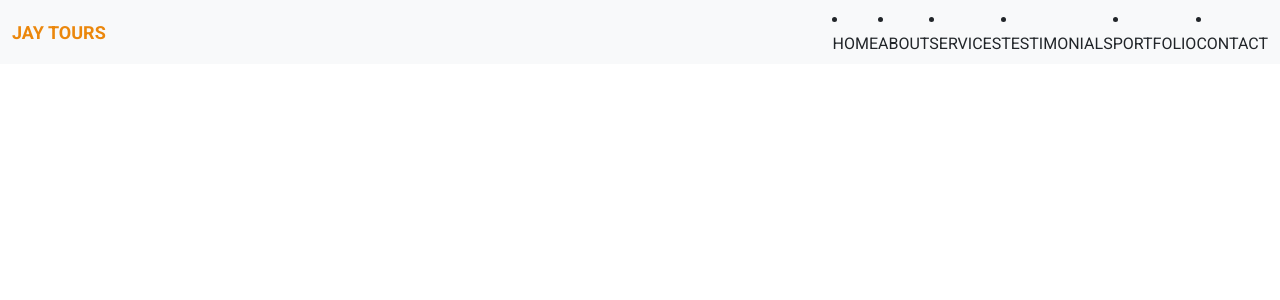
Repository: kasundiudn/Jay-Travel
Page: index.html
These files come from the project's save history. The page is drawn as it stood at one moment and after a run of saves; the edit follows.
The browser window is 1280 px wide. The pictures show the whole page.

Above is the page before, as saved 2025-06-26 09:22:47.

### index.html
<!doctype html>
<html lang="en">
  <head>
     <link rel="stylesheet" href="style.css">
    <meta charset="utf-8">
    <meta name="viewport" content="width=device-width, initial-scale=1">
    <title>Bootstrap demo</title>
    <link rel="preconnect" href="https://fonts.googleapis.com">
    <link rel="preconnect" href="https://fonts.gstatic.com" crossorigin>
    <link href="https://fonts.googleapis.com/css2?family=Roboto:ital,wght@0,100..900;1,100..900&display=swap" rel="stylesheet">
    <link href="https://cdn.jsdelivr.net/npm/bootstrap@5.3.7/dist/css/bootstrap.min.css" rel="stylesheet" integrity="sha384-LN+7fdVzj6u52u30Kp6M/trliBMCMKTyK833zpbD+pXdCLuTusPj697FH4R/5mcr" crossorigin="anonymous">
  <style>
    header{  font-family: "Roboto", sans-serif;
           }


  </style>
  </head>
  <body>
<header>
    <nav class="navbar navbar-expand-lg bg-body-tertiary" style="">
  <div class="container-fluid">
    <a class="navbar-brand" href="#" style="color: #eb870c; font-weight: bold; font-size: large;">JAY TOURS</a>
    <button class="navbar-toggler" type="button" data-bs-toggle="collapse" data-bs-target="#navbarSupportedContent" aria-controls="navbarSupportedContent" aria-expanded="false" aria-label="Toggle navigation">
      <span class="navbar-toggler-icon"></span>
    </button>
    <div class="collapse navbar-collapse justify-content-end" id="navbarSupportedContent">
      <ul class="navbar-nav mb-2 mb-lg-0">      </ul>
        <li class="nav-item">
          <a class="nav-link active" aria-current="page" href="#">HOME</a>
        </li>
        <li class="nav-item">
          <a class="nav-link" href="#">ABOUT</a>
        </li>
         <li class="nav-item">
          <a class="nav-link" href="#">SERVICES</a>
        </li>
         <li class="nav-item">
          <a class="nav-link" href="#">TESTIMONIALS</a>
        </li>
         <li class="nav-item">
          <a class="nav-link" href="#">PORTFOLIO</a>
        </li>
         <li class="nav-item">
          <a class="nav-link" href="#">CONTACT</a>
        </li>

    </div>
  </div>
</nav>
</header>

    <script src="https://cdn.jsdelivr.net/npm/@popperjs/core@2.11.8/dist/umd/popper.min.js" integrity="sha384-I7E8VVD/ismYTF4hNIPjVp/Zjvgyol6VFvRkX/vR+Vc4jQkC+hVqc2pM8ODewa9r" crossorigin="anonymous"></script>
<script src="https://cdn.jsdelivr.net/npm/bootstrap@5.3.7/dist/js/bootstrap.min.js" integrity="sha384-7qAoOXltbVP82dhxHAUje59V5r2YsVfBafyUDxEdApLPmcdhBPg1DKg1ERo0BZlK" crossorigin="anonymous"></script>
  </body>
</html>

### style.css
ul {
  list-style: none;
  padding: 0;
  margin: 0;
}

After the next 2 saves:
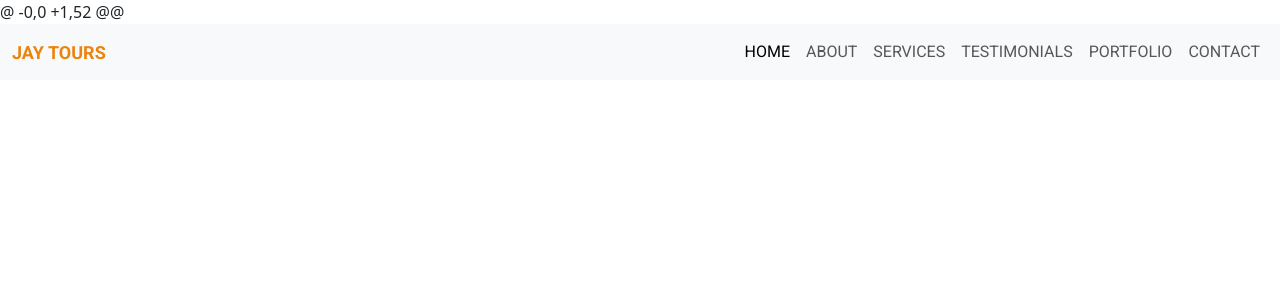
The 2 saves are shown as one change because they came seconds apart.
The last was saved 113 s later.
--- a/index.html
+++ b/index.html
@@ -1,7 +1,7 @@
+@ -0,0 +1,52 @@
 <!doctype html>
 <html lang="en">
   <head>
-     <link rel="stylesheet" href="style.css">
     <meta charset="utf-8">
     <meta name="viewport" content="width=device-width, initial-scale=1">
     <title>Bootstrap demo</title>
@@ -12,20 +12,18 @@
   <style>
     header{  font-family: "Roboto", sans-serif;
            }
-
-
   </style>
   </head>
   <body>
 <header>
-    <nav class="navbar navbar-expand-lg bg-body-tertiary" style="">
+    <nav class="navbar navbar-expand-lg bg-body-tertiary" style="background-color: blue;">
   <div class="container-fluid">
-    <a class="navbar-brand" href="#" style="color: #eb870c; font-weight: bold; font-size: large;">JAY TOURS</a>
+    <a class="navbar-brand" href="#" style="color: #eb830c; font-weight: bold; font-size:large;">JAY TOURS</a>
     <button class="navbar-toggler" type="button" data-bs-toggle="collapse" data-bs-target="#navbarSupportedContent" aria-controls="navbarSupportedContent" aria-expanded="false" aria-label="Toggle navigation">
       <span class="navbar-toggler-icon"></span>
     </button>
     <div class="collapse navbar-collapse justify-content-end" id="navbarSupportedContent">
-      <ul class="navbar-nav mb-2 mb-lg-0">      </ul>
+      <ul class="navbar-nav mb-2 mb-lg-0">
         <li class="nav-item">
           <a class="nav-link active" aria-current="page" href="#">HOME</a>
         </li>
@@ -44,7 +42,6 @@
          <li class="nav-item">
           <a class="nav-link" href="#">CONTACT</a>
         </li>
-
     </div>
   </div>
 </nav>
